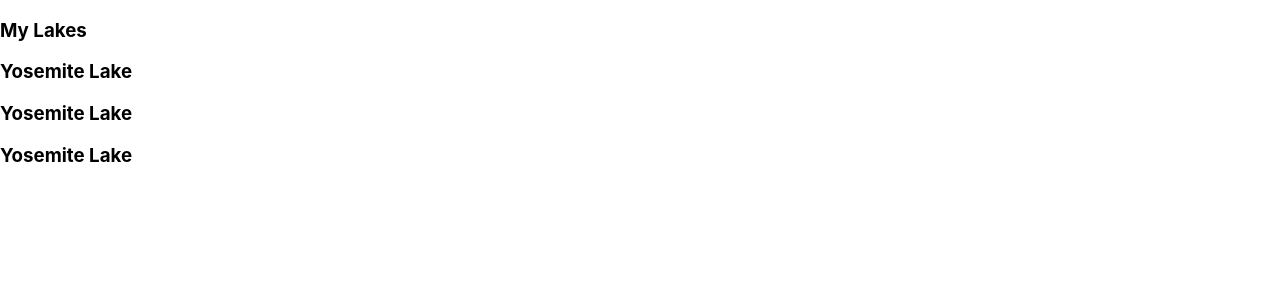
Repository: CaptainStorm21/intro-react-hooks
Page: /
These files come from the project's save history. The page is drawn as it stood at one moment and after the next save; the edit follows.
The browser window is 1280 px wide. The pictures show the whole page.
The project was rebuilt for these pictures with package versions that can differ from the ones it lists, and the page was loaded fresh each time.

Above is the page before, as saved 2020-05-25 22:05:42.

After the next save:
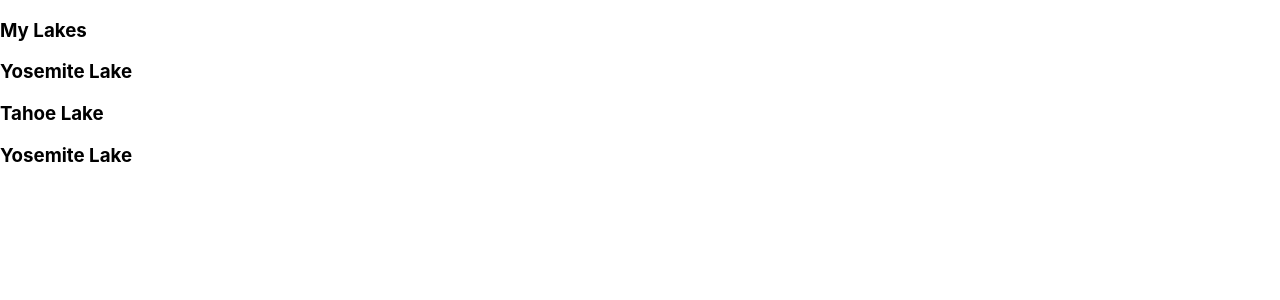
Saved 6 s later.
--- a/src/index.js
+++ b/src/index.js
@@ -11,7 +11,7 @@ function App() {
     <div>
       <h3>My Lakes</h3>
       <Lake name="Yosemite Lake" />
-      <Lake name="Yosemite Lake" />
+      <Lake name="Tahoe Lake" />
       <Lake name="Yosemite Lake" />
     </div>
   );
